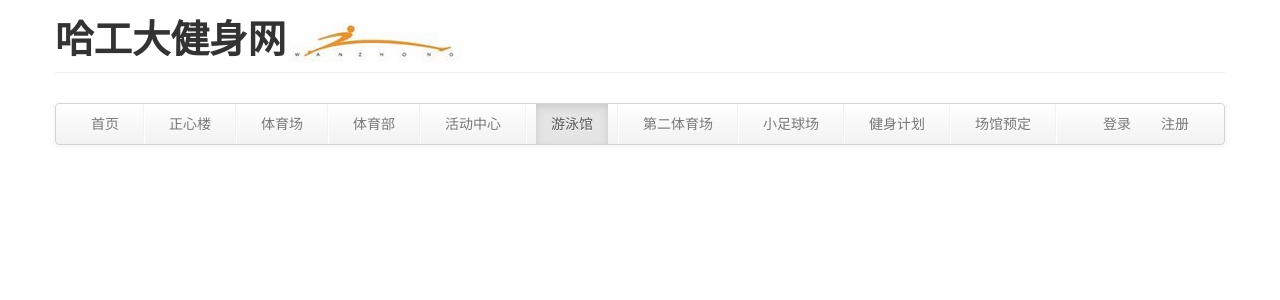
Repository: hitDeveloper/fitness
Page: http://localhost/project/myplan.jsp
These files come from the project's save history. The page is drawn as it stood at one moment and after the next save; the edit follows.
The browser window is 1280 px wide. The pictures show the whole page.
The page is served by Tomcat 9. Nobody is signed in. The application's start-up code is not run. Other server files are loaded and not shown.

Above is the page before, as saved 2014-11-16 01:03:07.

### Project3/project/WebRoot/myplan.jsp
<%@ page language="java" import="java.util.*" pageEncoding="UTF-8"%>
<!DOCTYPE html>
<html>
<head>
<title>首页</title>
	<meta name="viewport" content="width=device-width, initial-scale=1.0"  charset="utf-8">
	<link href="bootstrap.min.css" rel="stylesheet" type="text/css" media="screen">
	<link href="bootstrap-responsive.min.css" rel="stylesheet" type="text/css">
</head>
<body>
<div class="container">
<h1 class="page-header" >哈工大健身网<img src="image/logo.jpg"></h1>
<div class="navbar">
<div class="navbar-inner">
<div class="container">
<ul class="nav">
	<li><a href="main.jsp">首页</a></li>
	<li class="divider-vertical"></li>
	<li><a href="zhengxin.jsp">正心楼</a></li>
	<li class="divider-vertical"></li>
	<li><a href="gym.jsp">体育场</a></li>
	<li class="divider-vertical"></li>
	<li><a href="tiyubu.jsp">体育部</a></li>
	<li class="divider-vertical"></li>
	<li><a href="center.jsp">活动中心</a></li>
	<li class="divider-vertical"></li>
	<li class="active"><a href="swimming.jsp">游泳馆</a></li>
	<li class="divider-vertical"></li>
	<li><a href="gym2.jsp">第二体育场</a></li>
	<li class="divider-vertical"></li>
	<li><a href="xiaozuqiuchang.jsp">小足球场</a></li>
	<li class="divider-vertical"></li>
	<li><a href="myplan.jsp">健身计划</a></li>
	<li class="divider-vertical"></li>
	<li><a href="book.jsp">场馆预定</a></li>
	<li class="divider-vertical"></li>
</ul>
<ul class="nav pull-right">
	<li><a href="login.jsp">登录</a></li>
	<li><a href="register.jsp">注册</a></li>
</ul>
</div>
</div>
</div>

</div>
		<script src="jquery-1.11.1.min.js"></script>
		<script src="bootstrap.min.js"></script>
</body>
</html>

Loaded but not shown: Project3/project/WebRoot/bootstrap.min.css (library); Project3/project/WebRoot/bootstrap-responsive.min.css (library); Project3/project/WebRoot/jquery-1.11.1.min.js (library); Project3/project/WebRoot/bootstrap.min.js (library)

After the next save:
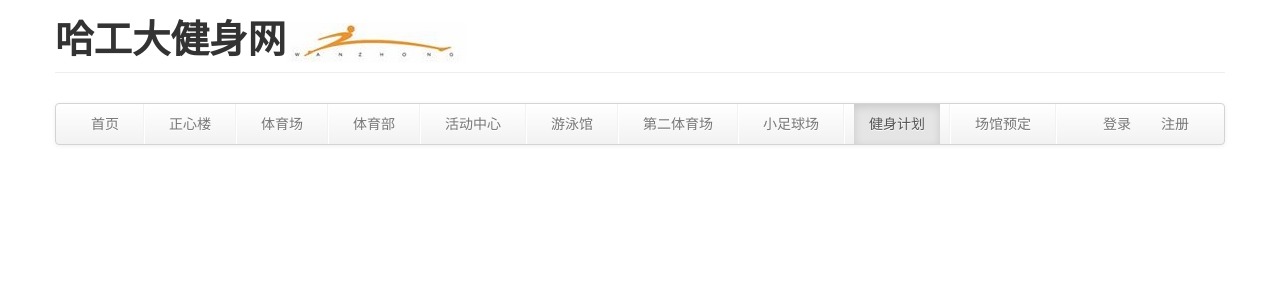
Saved 51 s later.
--- a/Project3/project/WebRoot/myplan.jsp
+++ b/Project3/project/WebRoot/myplan.jsp
@@ -24,13 +24,13 @@
 	<li class="divider-vertical"></li>
 	<li><a href="center.jsp">活动中心</a></li>
 	<li class="divider-vertical"></li>
-	<li class="active"><a href="swimming.jsp">游泳馆</a></li>
+	<li><a href="swimming.jsp">游泳馆</a></li>
 	<li class="divider-vertical"></li>
 	<li><a href="gym2.jsp">第二体育场</a></li>
 	<li class="divider-vertical"></li>
 	<li><a href="xiaozuqiuchang.jsp">小足球场</a></li>
 	<li class="divider-vertical"></li>
-	<li><a href="myplan.jsp">健身计划</a></li>
+	<li class="active"><a href="myplan.jsp">健身计划</a></li>
 	<li class="divider-vertical"></li>
 	<li><a href="book.jsp">场馆预定</a></li>
 	<li class="divider-vertical"></li>
